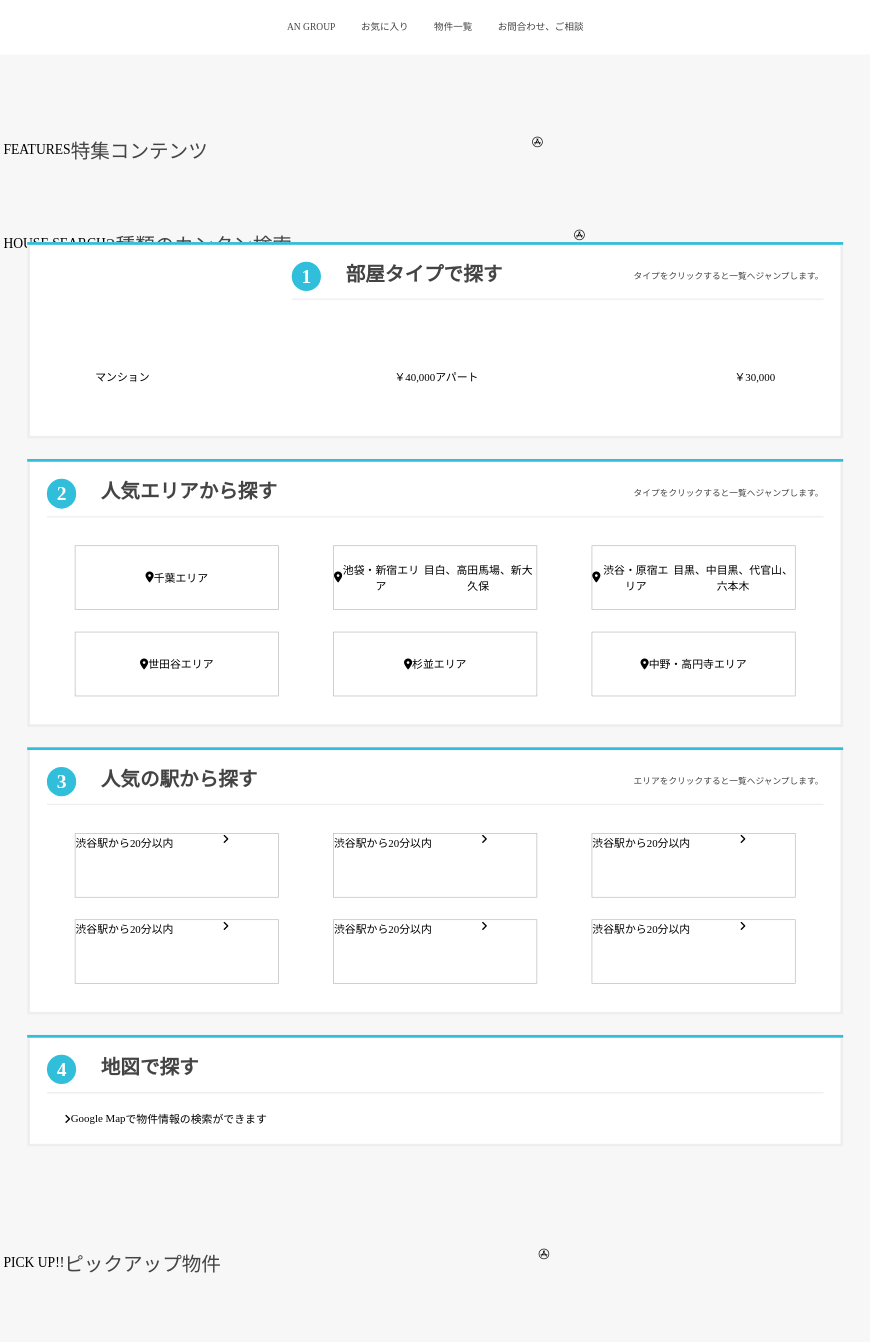
Repository: ninhdavid/real-estate
Page: index.html
The author's editor kept a copy of each file at every save. The page is drawn from the files as they stood at one save, then again after the next save.
The browser window is 1280 px wide. The pictures show the whole page, at 68% of full size.
Some web libraries are served in a nearby version. The style sheet was rebuilt from its Sass, Less or Tailwind sources for each picture, by a compiler version that may differ from the author's.

Above is the page before, as saved 2022-05-13 23:01:54.

### index.html
<!DOCTYPE html>
<html lang="en">

<head>
    <meta charset="UTF-8">
    <meta http-equiv="X-UA-Compatible" content="IE=edge">
    <meta name="viewport" content="width=device-width, initial-scale=1.0">
    <link rel="stylesheet" href="css/main.css">
    <script src="https://kit.fontawesome.com/691ec27588.js" crossorigin="anonymous"></script>
    <title>Document</title>
</head>

<body>
    <div class="main-container">
        <div class="header">
            <div class="img-header"></div>
        </div>
        <div class="main-nav">
            <ul id="nav">
                <li><a class="nav-img" href="#">
                        <!-- <img src="./asset/img/logo/logo-edited.png" alt=""> -->
                        AN GROUP
                    </a></li>
                <li><a href="#">お気に入り</a></li>
                <li><a href="#">物件一覧</a></li>
                <li><a href="#">お問合わせ、ご相談</a></li>
            </ul>
        </div>
        <div class="content">
            <div class="content-section">
                <div class="title-section">
                    <i class="fa-brands fa-app-store"></i>
                    <p>FEATURES</p>
                    <p>特集コンテンツ</p>
                </div>
                <div id="slider"> </div>
            </div>
            <div class="content-section search-section">
                <div class="title-section">
                    <i class="fa-brands fa-app-store"></i>
                    <p>HOUSE SEARCH</p>
                    <p>2種類のカンタン検索</p>
                </div>
                <div class="content-area">
                    <div class="content-box">
                        <div class="title-area">
                            <h3>
                                <span>1</span>
                                部屋タイプで探す
                            </h3>
                            <p>タイプをクリックすると一覧へジャンプします。</p>
                        </div>
                        <div class="type-list">
                            <div class="type-list-des">
                                <div class="list-bg"></div>
                                <p class="list-title">マンション</p>
                                <p class="list-price">￥40,000</p>
                            </div>
                            <div class="type-list-des">
                                <div class="list-bg"></div>
                                <p class="list-title">アパート</p>
                                <p class="list-price">￥30,000</p>
                            </div>
                        </div>
                    </div>
                    <div class="content-box">
                        <div class="title-area">
                            <h3>
                                <span>2</span>
                                人気エリアから探す
                            </h3>
                            <p>タイプをクリックすると一覧へジャンプします。</p>
                        </div>
                        <div class="type-list location-list">
                            <div class="type-list-des location-des">
                                <i class="fa-solid fa-location-dot"></i>
                                <p>千葉エリア</p>
                            </div>
                            <div class="type-list-des location-des">
                                <i class="fa-solid fa-location-dot"></i>
                                <p>池袋・新宿エリア</p>
                                <p>目白、高田馬場、新大久保</p>
                            </div>
                            <div class="type-list-des location-des">
                                <i class="fa-solid fa-location-dot"></i>
                                <p>渋谷・原宿エリア</p>
                                <p>目黒、中目黒、代官山、六本木</p>
                            </div>
                            <div class="type-list-des location-des">
                                <i class="fa-solid fa-location-dot"></i>
                                <p>世田谷エリア</p>
                                <p></p>
                            </div>
                            <div class="type-list-des location-des">
                                <i class="fa-solid fa-location-dot"></i>
                                <p>杉並エリア</p>
                                <p></p>
                            </div>
                            <div class="type-list-des location-des">
                                <i class="fa-solid fa-location-dot"></i>
                                <p>中野・高円寺エリア</p>
                            </div>
                        </div>
                    </div>
                    <div class="content-box">
                        <div class="title-area">
                            <h3>
                                <span>3</span>
                                人気の駅から探す
                            </h3>
                            <p>エリアをクリックすると一覧へジャンプします。</p>
                        </div>
                        <div class="type-list station-list">
                            <div class="type-list-des station-des">
                                <i class="fa-solid fa-angle-right"></i>
                                <p>渋谷駅から</p>
                                <p>20分以内</p>
                            </div>
                            <div class="type-list-des station-des">
                                <i class="fa-solid fa-angle-right"></i>
                                <p>渋谷駅から</p>
                                <p>20分以内</p>
                            </div>
                            <div class="type-list-des station-des">
                                <i class="fa-solid fa-angle-right"></i>
                                <p>渋谷駅から</p>
                                <p>20分以内</p>
                            </div>
                            <div class="type-list-des station-des">
                                <i class="fa-solid fa-angle-right"></i>
                                <p>渋谷駅から</p>
                                <p>20分以内</p>
                            </div>
                            <div class="type-list-des station-des">
                                <i class="fa-solid fa-angle-right"></i>
                                <p>渋谷駅から</p>
                                <p>20分以内</p>
                            </div>
                            <div class="type-list-des station-des">
                                <i class="fa-solid fa-angle-right"></i>
                                <p>渋谷駅から</p>
                                <p>20分以内</p>
                            </div>
                        </div>
                    </div>
                    <div class="content-box">
                        <div class="title-area">
                            <h3>
                                <span>4</span>
                                地図で探す
                            </h3>
                        </div>
                        <div class="type-list map-list">
                            <i class="fa-solid fa-angle-right"></i>
                            <p>Google Map</p>
                            <p>で物件情報の検索ができます</p>
                        </div>
                    </div>
                </div>
            </div>
            <div class="content-section">
                <div class="title-section">
                    <i class="fa-brands fa-app-store"></i>
                    <p>PICK UP!!</p>
                    <p>ピックアップ物件</p>
                </div>
                <div></div>
            </div>
        </div>

    </div>



</body>
<script src="asset/java-script/chat-online.js"></script>

</html>

### css/main.scss


*{
    padding: 0;
    margin: 0;
    box-sizing: border-box;
}

.main-nav{
    // height: 85px;
    background-color: #fff;
    width: 100%;
    z-index:10;
    height: 5em;
    text-align: center;
}
#nav{
    display:inline-block;
}
#nav,
.subnav {
    list-style-type: none;
}
#nav > li{
    display:inline-block;
}
#nav  li{
    position: relative;
    top:11px;
}
#nav li a{
    display: block;
    text-decoration: none;
    line-height: 24px;
    font-size: 14px;
    padding: 1.2em;
}
#nav>li>a{
    color: rgb(68,68,68);
    text-transform: uppercase;
}
// .nav-img{
//     background-image: url("/asset/img/logo/logo-edited.png");
//     height:80px;
//     width: 100px;
//     padding: 5px 0;
//     background-position: center; /* Center the image */
//     background-repeat: no-repeat; /* Do not repeat the image */
//     background-size: cover;
// }
.content{
    background-color: #f7f7f7;
    padding: 60px 5px;
}
.content-section{
    display: block;
    text-align: center;
    padding:60px 0;
}
.title-section{

}
.search-section{

}
.title-section i {

}
.tittle-section p{
    font-weight: bold;
}
.title-section>p:nth-of-type(1){
    font-size: 1.25em;
    line-height: 1;
    padding: 10px 0;
}
.title-section p:nth-of-type(2){
    font-size: 1.8em;
    // font-size: 32px;
    color: #444444;
    padding-bottom: 2em;
}
.content-area{
    width: 1200px;
    margin: 0 auto;
}

.content-box{
    // display:relative;
    width: 100%;
    padding: 25px;
    border: 4px solid #eeeeee;
    position: relative;
    margin-bottom:30px;
    background-color: #fff;
}
.content-box:before{
    content: "";
    display: block;
    position: absolute;
    left: -4px;
    top: -4px;
    width: calc(100% + 8px);
    height: 4px;
    background-color: #30bedb;
}
.content-box p {
    display: inline-block;
}
.title-area{
    display:flex;
    justify-content:space-between;
    // font-size: 1.8em;
    line-height: 1.2;
    text-align: center;
    align-items:center;
    padding-bottom: 0.7em;
    border-bottom: 2px solid #eeeeee;
}
.title-area h3{
    font-size: 1.8em;
    color: #444444;
}
.title-area>h3>span{
    width: 1.5em;
    line-height: 1.5em;
    background-color: #30bedb;
    color: #fff;
    display:inline-block;
    vertical-align: middle;
    margin-right: 1em;
    // font-size: 1.6428571429em;
    // font-size: 1.17em;
    font-weight: bold;
    text-align: center;
    border-radius: 50% 50% 50% 50%;
}
.title-area>p{
    font-size: 0.8em;
    color: #444444;
}
.type-list{
    padding: 25px 25px 0px 25px;
    display:flex;
    flex-wrap: wrap;
    flex-direction:row;
    justify-content: center;
}
.type-list-des{
    width: 500px;
    height:150px;
    position: relative;
}
.list-bg{
    position: absolute;
    background: no-repeat center center / cover;
    transition: all 0.3s ease;
    background-color: red;
}
.list-title{
    position:absolute;
    left: 0;
    top: 50%;
}
.list-price{
    position:absolute;
    right: 0;
    top: 50%;
}
.location-list{
    display: flex;
    justify-content:space-between;
}
.location-des{
    border:1px solid #bbbbbb;
    height:95px;
    width:300px;
    margin: 1em;
    display:flex;
    justify-content: center;
    align-items: center;
    // flex-direction: column;
}
.location-des i,p{
    display:block;
    float:left;
}
.station-list{
    display: flex;
    justify-content:space-between;
}
.station-des{
    border:1px solid #bbbbbb;
    height:95px;
    width:300px;
    margin: 1em;
}

.map-list{
    display: flex;
    justify-content:flex-start;
    align-items:center;
}

Loaded but not shown: asset/java-script/chat-online.js (no stored copy; drawn as an empty file)

After the next save:
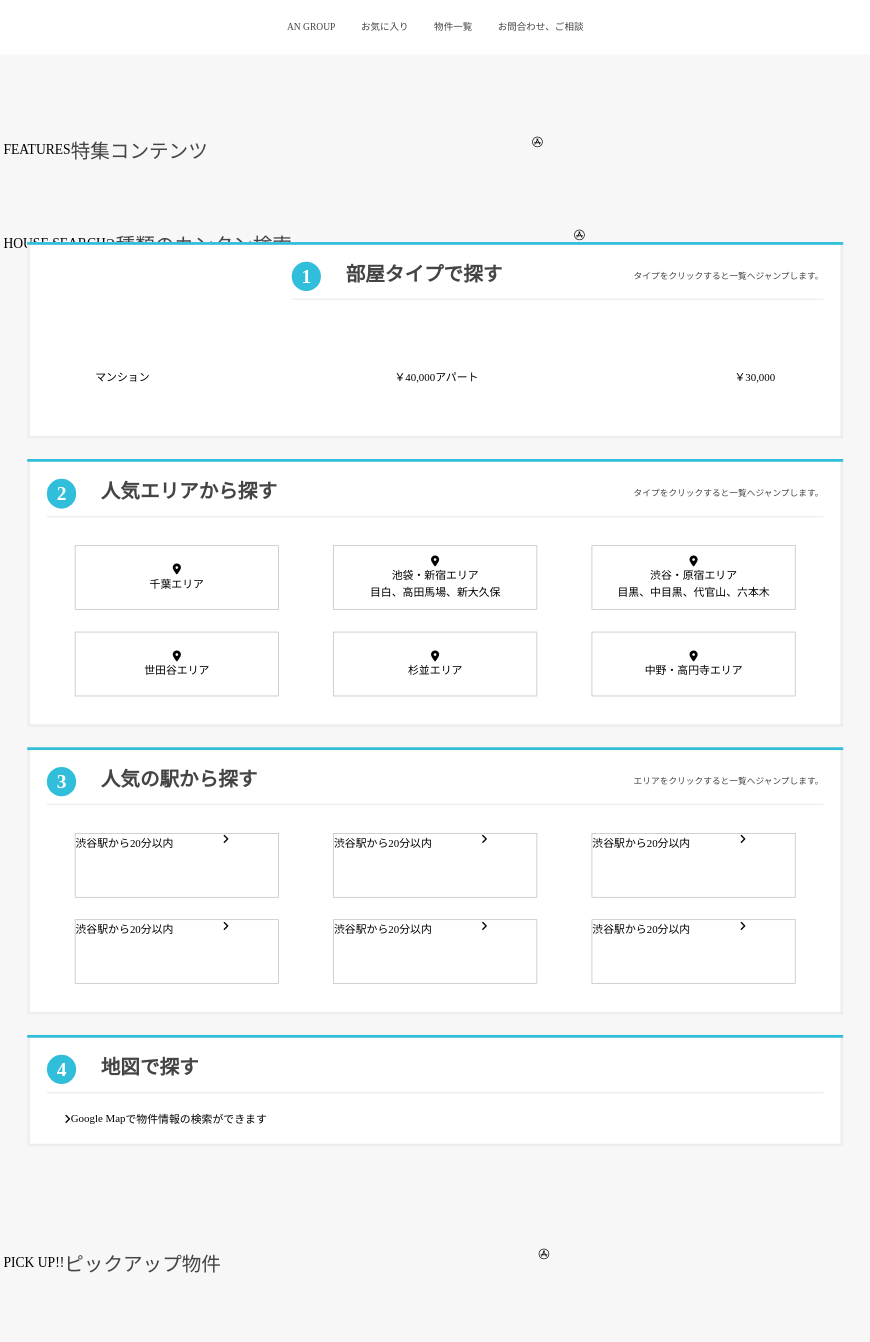
Saved 16 s later.
--- a/css/main.scss
+++ b/css/main.scss
@@ -179,7 +179,7 @@
     display:flex;
     justify-content: center;
     align-items: center;
-    // flex-direction: column;
+    flex-direction: column;
 }
 .location-des i,p{
     display:block;
